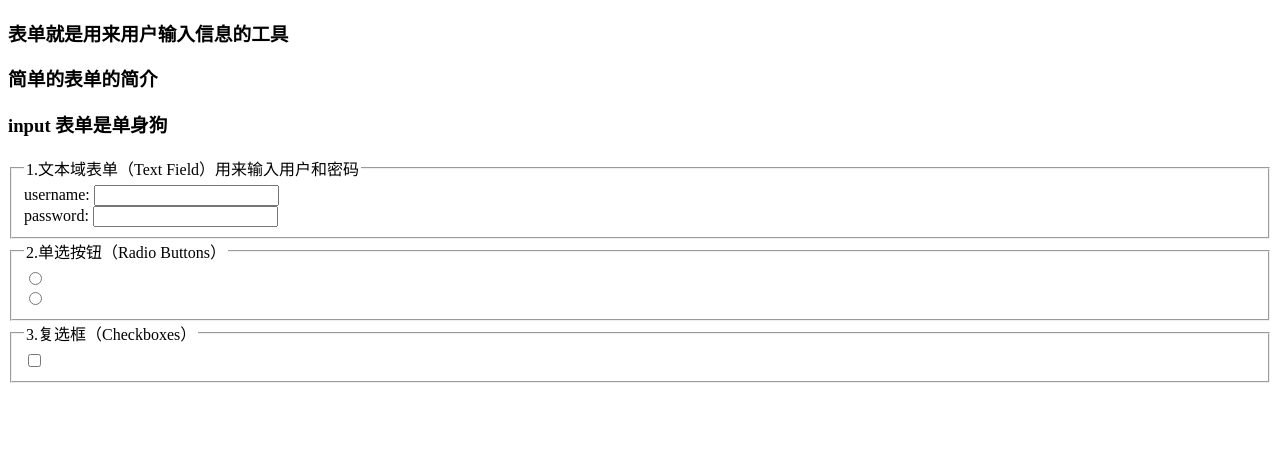
Repository: jarvanstack/vscode
Page: HTML/HTML中From表单.html
The author's editor kept a copy of each file at every save. The page is drawn from the files as they stood at one save, then again after the next save.
The browser window is 1280 px wide. The pictures show the whole page.

Above is the page before, as saved 2020-06-11 09:49:14.

After the next save:
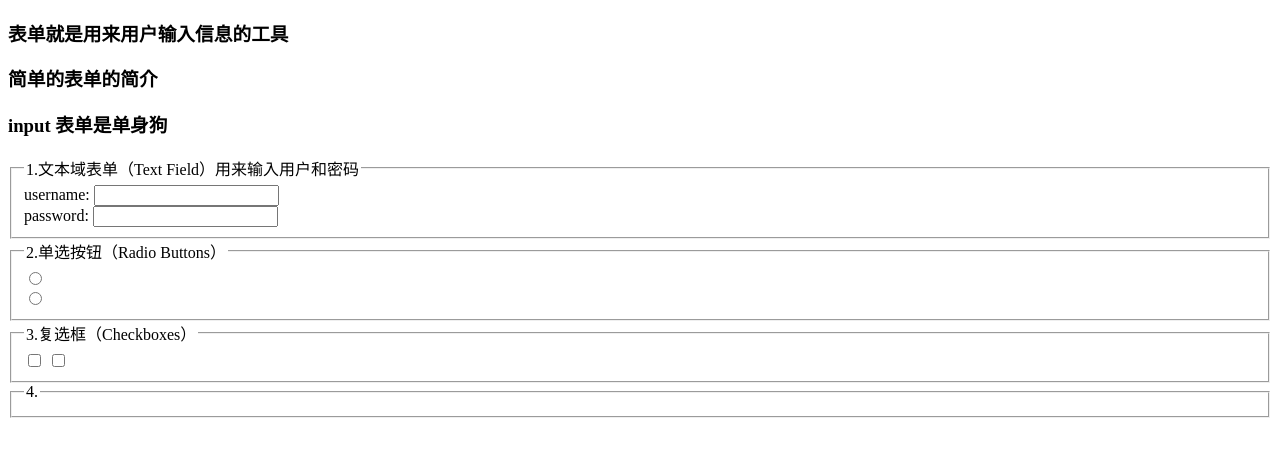
Saved 78 s later.
--- a/HTML/HTML中From表单.html
+++ b/HTML/HTML中From表单.html
@@ -39,8 +39,16 @@
         <fieldset>
             <legend>3.复选框（Checkboxes）</legend>
             <span>
-                <input type="checkbox" name="">
+                <input type="checkbox" name="like_things" value="apple" >
             </span>
+            <span>
+                <input type="checkbox" name="like_things" value="banana">
+            </span>
+        </fieldset>
+    </form>
+    <form action="post">
+        <fieldset>
+            <legend>4.</legend>
         </fieldset>
     </form>
 </body>
